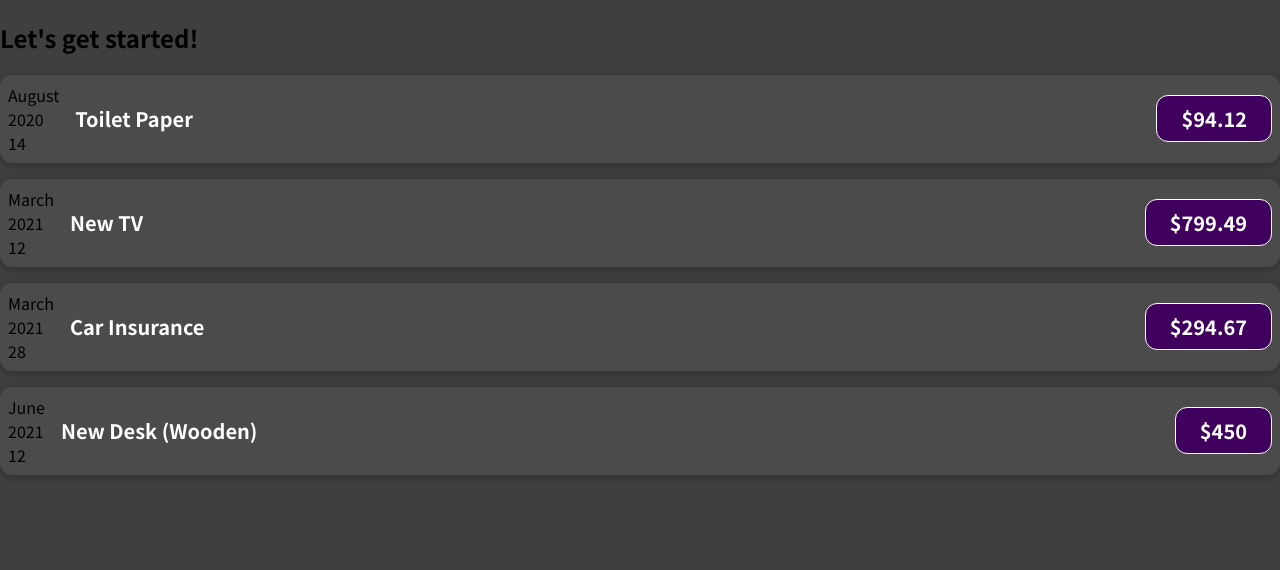
Repository: Dark-Developer93/react-complete-guide
Page: /
The author's editor kept a copy of each file at every save. The page is drawn from the files as they stood at one save, then again after the next save.
The browser window is 1280 px wide. The pictures show the whole page.
The project was rebuilt for these pictures with package versions that can differ from the ones it lists, and the page was loaded fresh each time.

Above is the page before, as saved 2022-11-04 16:56:55.

### src/App.js
import ExpenseItem from "./components/ExpenseItem";

function App() {
  const expenses = [
    {
      id: "e1",
      title: "Toilet Paper",
      amount: 94.12,
      date: new Date(2020, 7, 14),
    },
    { id: "e2", title: "New TV", amount: 799.49, date: new Date(2021, 2, 12) },
    {
      id: "e3",
      title: "Car Insurance",
      amount: 294.67,
      date: new Date(2021, 2, 28),
    },
    {
      id: "e4",
      title: "New Desk (Wooden)",
      amount: 450,
      date: new Date(2021, 5, 12),
    },
  ];
  return (
    <div>
      <h2>Let's get started!</h2>
      {expenses.map((expense) => {
        return (
          <ExpenseItem
            key={expense.id}
            title={expense.title}
            amount={expense.amount}
            date={expense.date}
          />
        );
      })}
    </div>
  );
}

export default App;

### src/components/ExpenseItem.js
import "./ExpenseItem.css";
import ExpenseDate from "./ExpenseDate";

const ExpenseItem = (props) => {
  const { title, amount, date } = props;
  return (
    <div className="expense-item">
      <ExpenseDate date={date} />
      <div className="expense-item__description">
        <h2>{title}</h2>
        <div className="expense-item__price">${amount}</div>
      </div>
    </div>
  );
};

export default ExpenseItem;

### src/components/ExpenseItem.css
.expense-item {
  display: flex;
  justify-content: space-between;
  align-items: center;
  box-shadow: 0 2px 8px rgba(0, 0, 0, 0.25);
  padding: 0.5rem;
  margin: 1rem 0;
  border-radius: 12px;
  background-color: #4b4b4b;
}

.expense-item__description {
  display: flex;
  flex-direction: column;
  gap: 1rem;
  align-items: flex-end;
  flex-flow: column-reverse;
  justify-content: flex-start;
  flex: 1;
}

.expense-item h2 {
  color: #3a3a3a;
  font-size: 1rem;
  flex: 1;
  margin: 0 1rem;
  color: white;
}

.expense-item__price {
  font-size: 1rem;
  font-weight: bold;
  color: white;
  background-color: #40005d;
  border: 1px solid white;
  padding: 0.5rem;
  border-radius: 12px;
}

@media (min-width: 580px) {
  .expense-item__description {
    flex-direction: row;
    align-items: center;
    justify-content: flex-start;
    flex: 1;
  }

  .expense-item__description h2 {
    font-size: 1.25rem;
  }

  .expense-item__price {
    font-size: 1.25rem;
    padding: 0.5rem 1.5rem;
  }
}

### src/components/ExpenseDate.js
const ExpenseDate = (props) => {
  const month = props.date.toLocaleDateString("en-US", { month: "long" });
  const year = props.date.toLocaleDateString("en-US", { year: "numeric" });
  const day = props.date.toLocaleDateString("en-US", { day: "numeric" });
  return (
    <div className="expense-date">
      <div className="expense-date__month">{month}</div>
      <div className="expense-date__year">{year}</div>
      <div className="expense-date__day">{day}</div>
    </div>
  );
};

export default ExpenseDate;

Loaded but not shown: public/index.html (common file); src/index.js (common file); src/index.css (common file); src/components/ExpenseDate.css (common file)

After the next save:
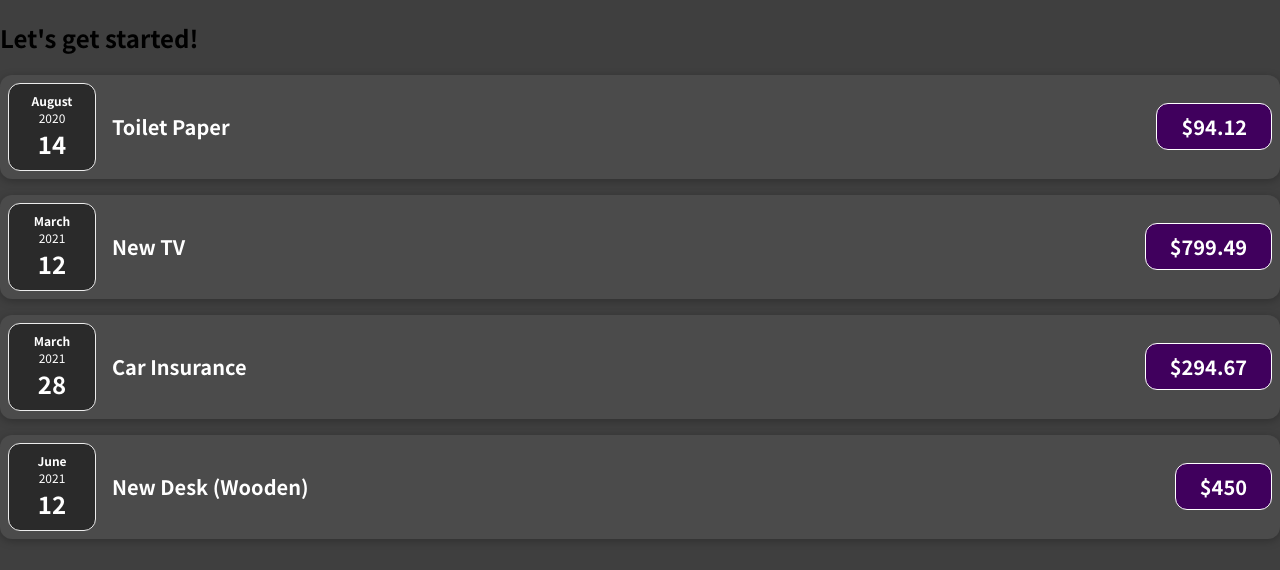
Saved 1 s later.
--- a/src/components/ExpenseDate.js
+++ b/src/components/ExpenseDate.js
@@ -1,3 +1,4 @@
+import "./ExpenseDate.css";
 const ExpenseDate = (props) => {
   const month = props.date.toLocaleDateString("en-US", { month: "long" });
   const year = props.date.toLocaleDateString("en-US", { year: "numeric" });
